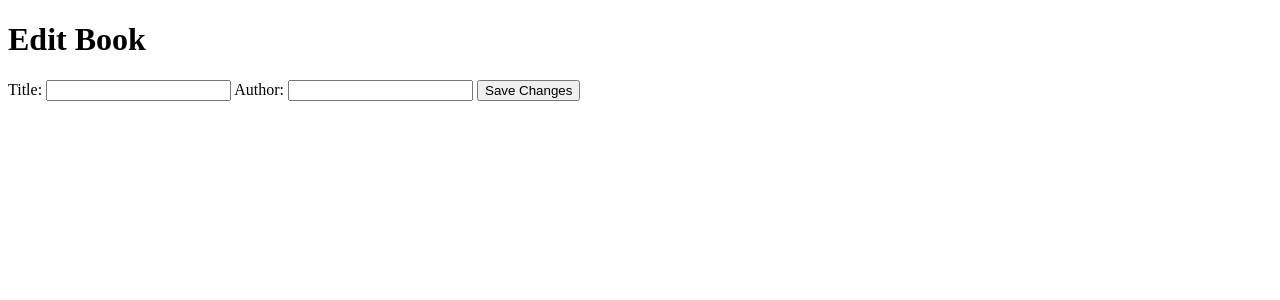
Repository: fadyesk12/Web-Technology-Course-Project
Page: auth/edit.html
These files come from the project's save history. The page is drawn as it stood at one moment and after the next save; the edit follows.
The browser window is 1280 px wide. The pictures show the whole page.

Above is the page before, as saved 2024-04-21 14:40:12.

### auth/edit.html
<!DOCTYPE html>
<html lang="en">
<head>
    <meta charset="UTF-8">
    <meta name="viewport" content="width=device-width, initial-scale=1.0">
    <title>Edit Book</title>
</head>
<body>
    <h1>Edit Book</h1>
    <form id="editBookForm">
        <label for="title">Title:</label>
        <input type="text" id="title" name="title" required>
        <label for="author">Author:</label>
        <input type="text" id="author" name="author" required>
        <!-- Add other fields as necessary -->
        <input type="submit" value="Save Changes">
    </form>

    <script>
        document.addEventListener('DOMContentLoaded', function() {
            // Get the bookID from the URL
            const urlParams = new URLSearchParams(window.location.search);
            const bookID = urlParams.get('bookID');

            if (bookID) {
                // Load the book's information from local storage
                const bookData = JSON.parse(localStorage.getItem('books')) || [];
                const book = bookData.find(b => b.bookID === bookID);

                if (book) {
                    // Populate the form fields with the book's information
                    document.getElementById('title').value = book.title;
                    document.getElementById('author').value = book.author;
                    // Populate other fields as necessary
                } else {
                    alert('Book not found');
                }
            } else {
                alert('No book ID provided');
            }

            // Attach an event listener to the form to handle the submission
            document.getElementById('editBookForm').addEventListener('submit', function(event) {
                event.preventDefault();
                // Handle the form submission, e.g., update the book's information in local storage
            });
        });
    </script>
</body>
</html>

After the next save:
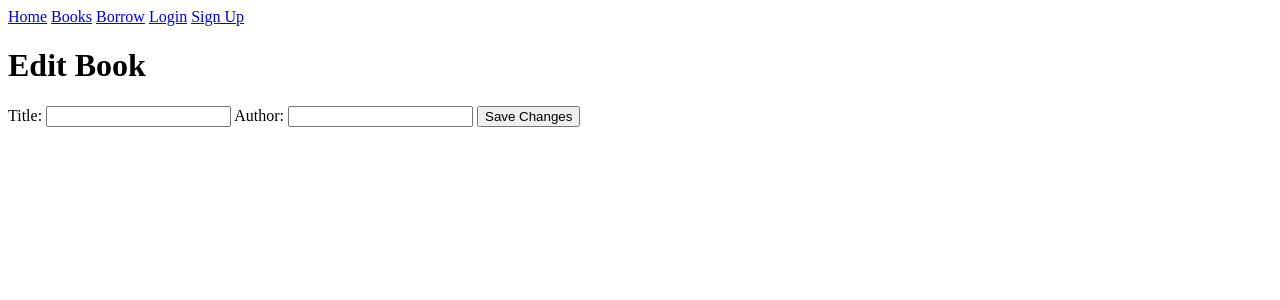
Saved 21 s later.
--- a/auth/edit.html
+++ b/auth/edit.html
@@ -6,6 +6,13 @@
     <title>Edit Book</title>
 </head>
 <body>
+    <div id="navbar">
+        <a href="../index.html">Home</a>
+        <a href="../book_list.html">Books</a>
+        <a href="../borrow.html">Borrow</a>
+        <a href="../auth/login.html">Login</a>
+        <a href="../auth/signup.html">Sign Up</a>
+    </div>
     <h1>Edit Book</h1>
     <form id="editBookForm">
         <label for="title">Title:</label>
